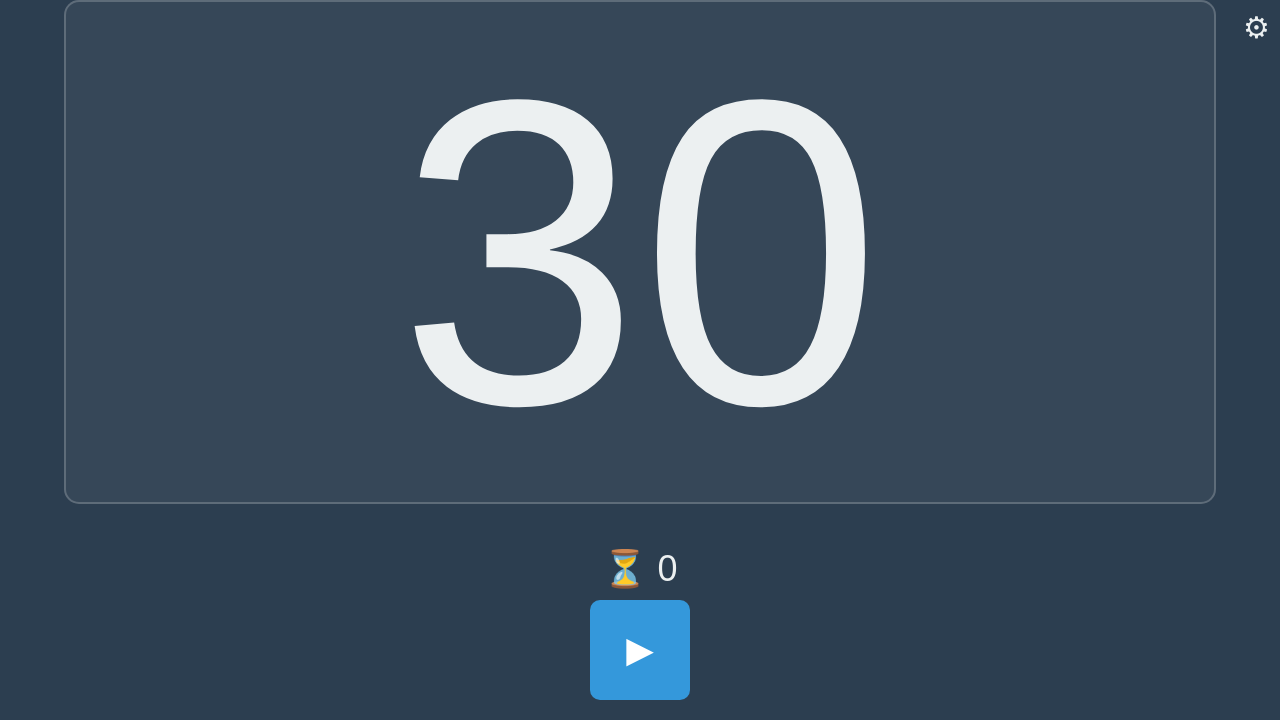
Repository: STnaidoo/poker-shot-clock
Page: index.html
These files come from the project's save history. The page is drawn as it stood at one moment and after the next save; the edit follows.
The browser window is 1280 px wide. The pictures show the whole page.

Above is the page before, as saved 2024-10-31 17:42:30.

After the next save:
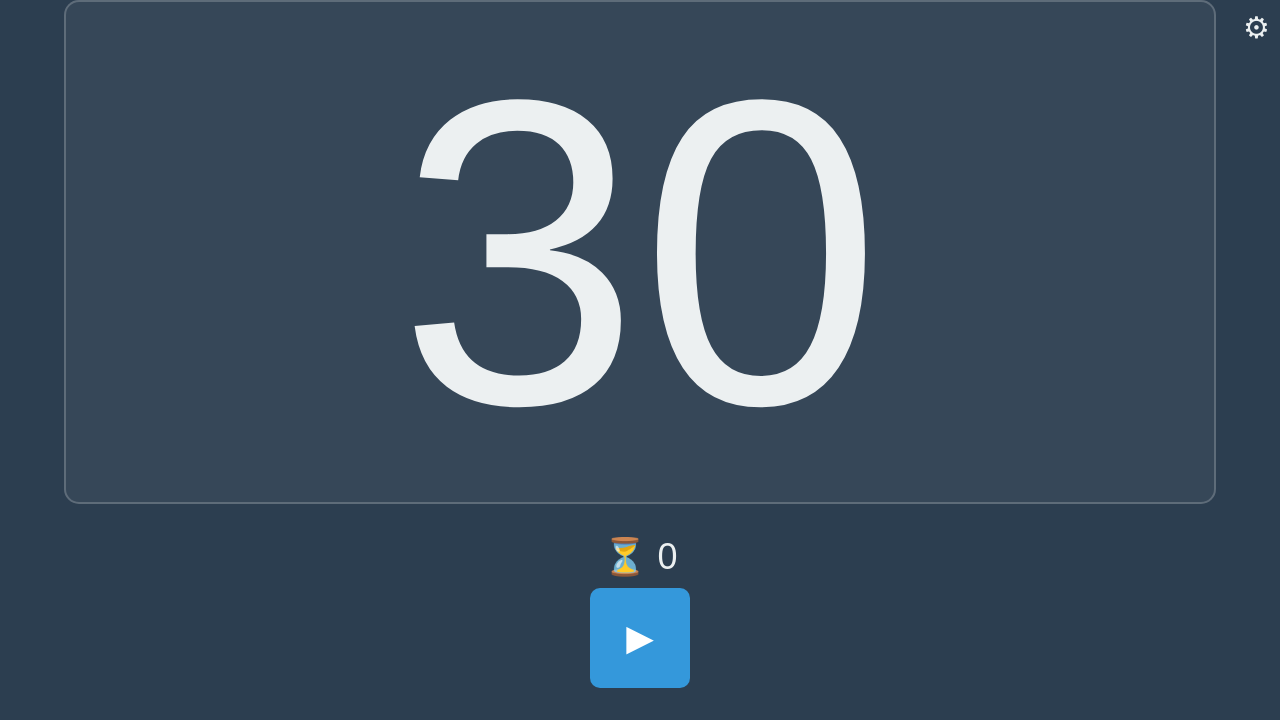
Saved 67 s later.
--- a/index.html
+++ b/index.html
@@ -79,7 +79,8 @@
             flex-direction: column;
             align-items: center; /* Center align horizontally */
             justify-content: center; /* Center align vertically */
-            margin-top: auto;
+            margin-top: 2rem;
+            margin-bottom: auto;
         }
 
         #timeBanks {
